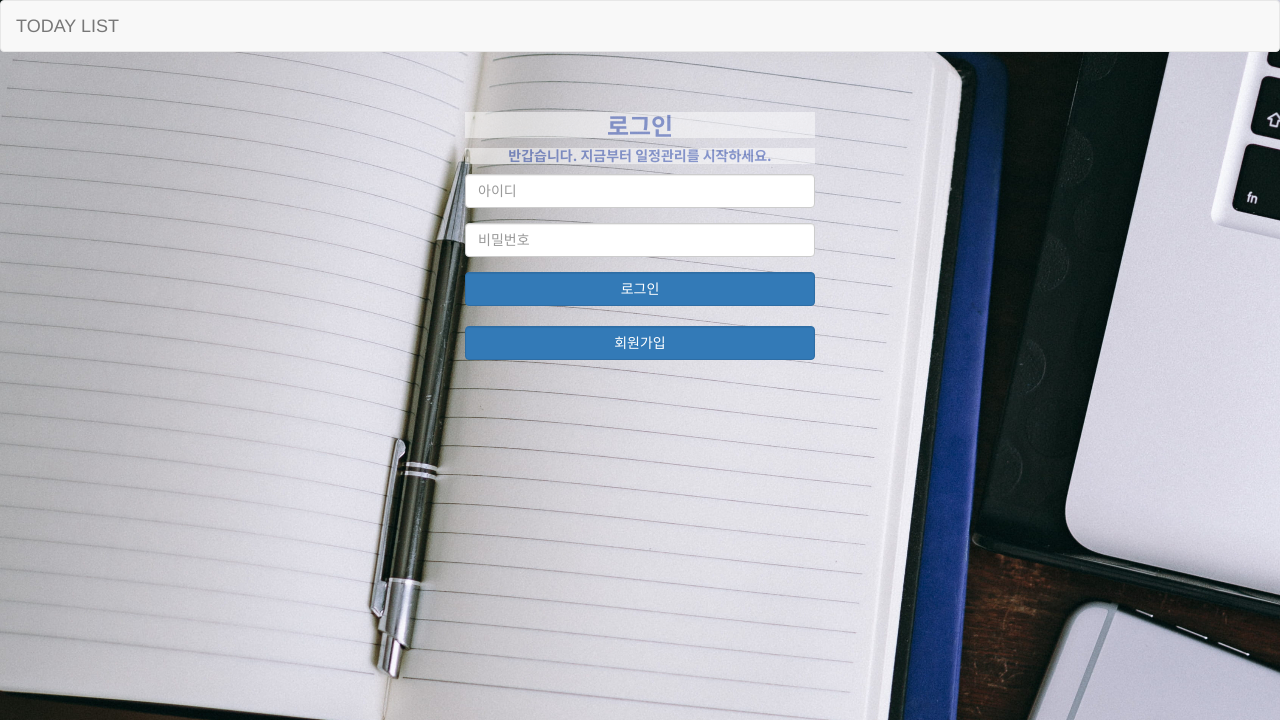
Repository: heedayday/today_list
Page: http://localhost/TODOLIST2/login.jsp
These files come from the project's save history. The page is drawn as it stood at one moment and after the next save; the edit follows.
The browser window is 1280 px wide. The pictures show the whole page.
The page is served by Tomcat 9.

Above is the page before, as saved 2020-11-12 18:37:10.

After the next save:
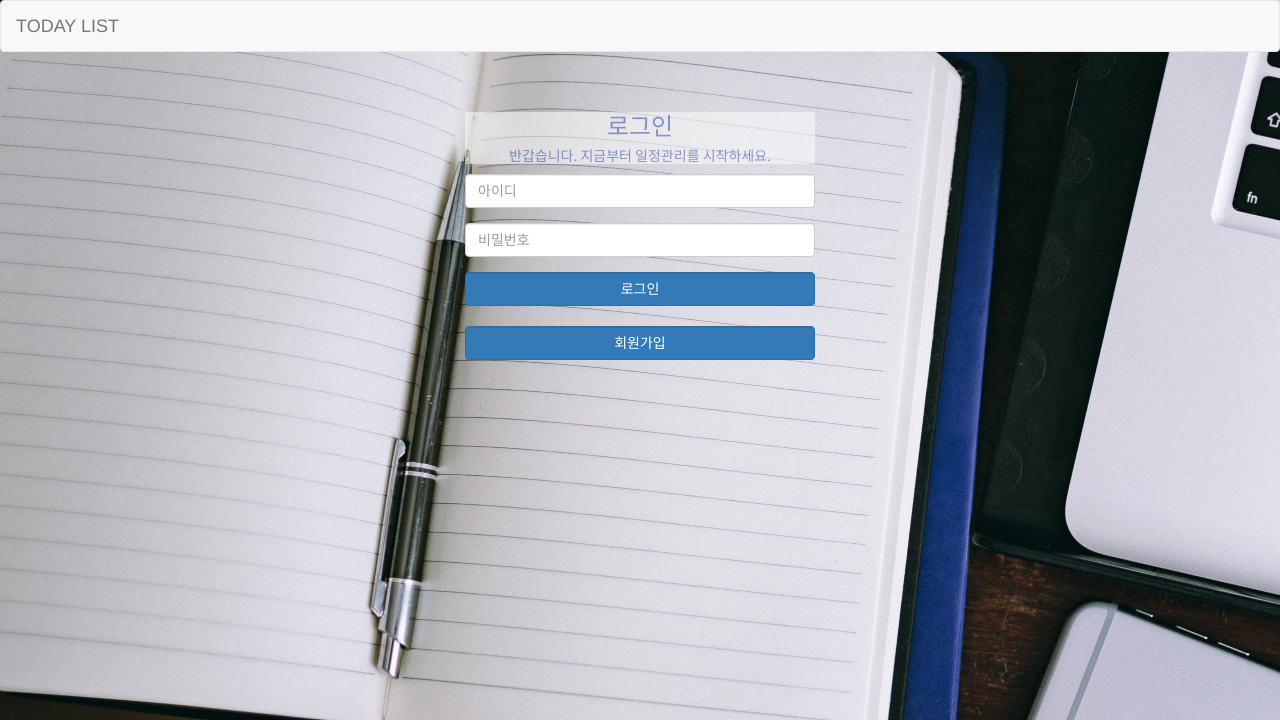
Saved 26 s later.
--- a/TODOLIST2/WebContent/login.jsp
+++ b/TODOLIST2/WebContent/login.jsp
@@ -41,8 +41,10 @@ body {
 		<div class="col-lg-4">
 			<div class="jumpbotron" style="padding-top:20px;">
 				 <form method="post" action="loginAction.jsp">
-				 	<h3 id="nomal" style="text-align: center; color: #3553b7; font-family: 'Noto Sans KR', sans-serif; backr " >로그인</h3>
-				 	<h5 id="nomal" style="text-align: center; color: #3553b7; font-family: 'Noto Sans KR', sans-serif; " >반갑습니다. 지금부터 일정관리를 시작하세요.</h5>
+				 <div id="nomal">
+				 	<h3 style="text-align: center; color: #3553b7; font-family: 'Noto Sans KR', sans-serif; backr " >로그인</h3>
+				 	<h5 style="text-align: center; color: #3553b7; font-family: 'Noto Sans KR', sans-serif; " >반갑습니다. 지금부터 일정관리를 시작하세요.</h5>
+				 	</div>
 				 	<div class="form-group">
 				 		<input type="text" class="form-control" placeholder="아이디" name="userID" maxlength="20">
 				 	</div>
